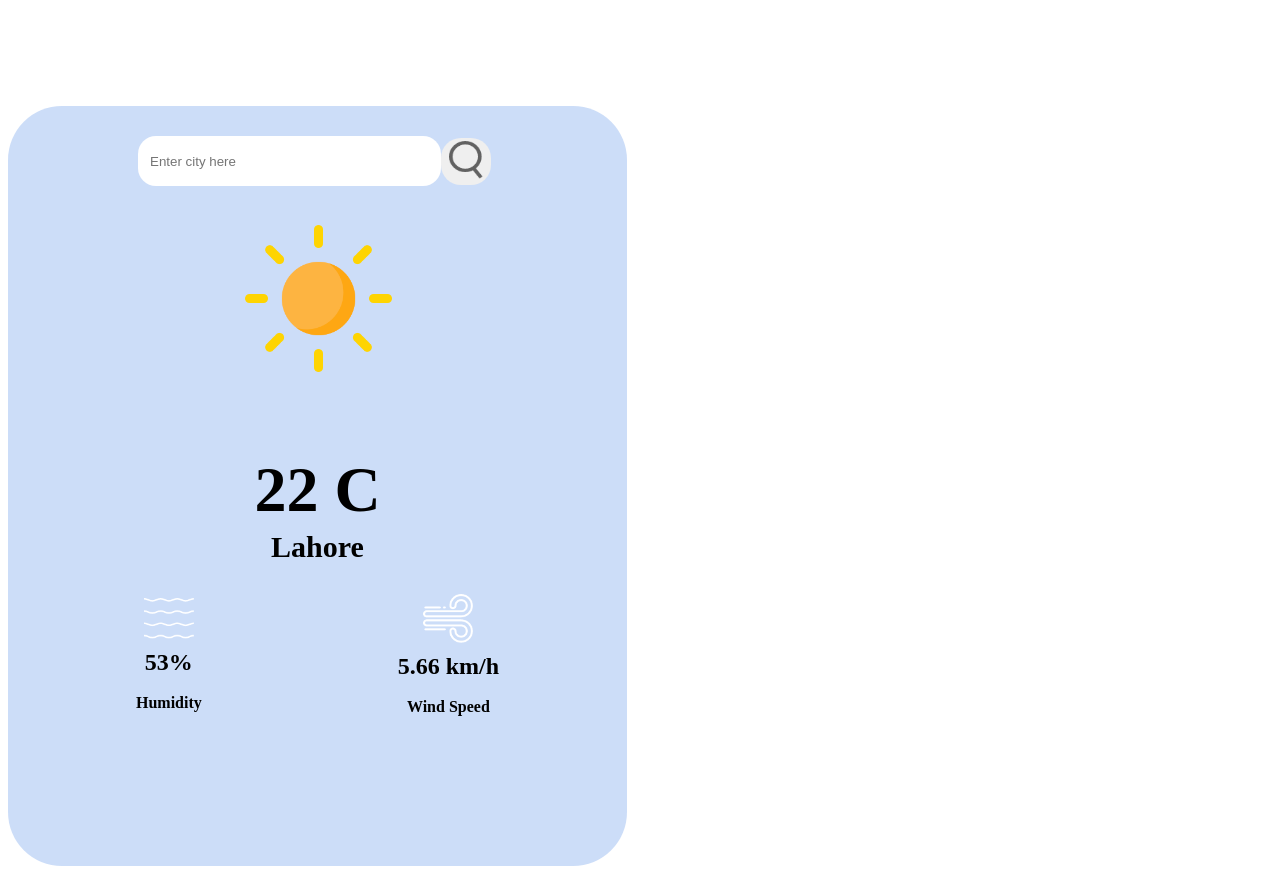
Repository: WajihaGul/Javascripts-Projects
Page: WEATHER APP/index.html
An editor plug-in stored every save of this project. The page is shown before and after the next save, followed by the edit.
The browser window is 1280 px wide. The pictures show the whole page.

Above is the page before, as saved 2024-06-07 16:39:02.
Not found: WEATHER APP/script.js

### WEATHER APP/index.html
<!DOCTYPE html>
<html>
    <head>
        <meta charset="utf-8">
        <meta http-equiv="X-UA-Compatible" content="IE=edge">
        <title></title>
        <meta name="description" content="">
        <meta name="viewport" content="width=device-width, initial-scale=1">
        <link rel="stylesheet" href="./style.css">
    </head>
    <body>
            <div class="MainDiv">
                <div class="SearchDiv" >
                <input type="search" class="SearchInput" placeholder="Enter city here">
                <button class="SearchLogo"><img src="/images/search.png" class="btnimg" alt="SearchLogo"></button>
            </div>

            <div class="SecDiv">
                <div class="weather">
                <img src="./images/clear.png" alt="weather here" class="weatherImg">
                </div>
                <div class="temp">
                    <h1>22 C</h1>
                </div>
                <div class="cityName">
                    <h1>Lahore</h1>
                </div>
                <div class="humidityAndWindSpeed">
                <div class="humidity">
                    <img src="./images/humidity.png" alt="">
                    <h1>53%</h1>
                    <br>
                    <h2>Humidity</h2>
                </div>
                <div class="windSpeed">
                    <img src="./images/wind.png" alt="">
                    <h1>5.66 km/h</h1>
                    <br>
                    <h2>Wind Speed</h2>
                </div>
                </div>
            </div>
        </div>
        <script src="./script.js" async defer></script>
    </body>
</html>

### WEATHER APP/style.css
.MainDiv{
    background-color: rgb(154 187 241 / 50%);
    width: 559px;
    margin-top: 106px;
    border-radius: 54px;
    height: 700px;
    padding: 30px
}
 .SearchInput{
    width: 303px;
    height: 50px;
    border-radius: 18px;
    padding: 10px;
    border-color: transparent;
}
.SearchDiv{
    display: flex;
    flex-direction: row;
    align-items: center;
    margin: 0 auto;
    margin-left: 100px;
    margin-right: 100px;
}
.btnimg{
    height: 38px;
    width: 34px;
}
.SearchLogo{
    border-color: transparent;
    border-radius: 20px;
    cursor: pointer;
}
.temp h1{
    display: flex;
    align-items: center;
    justify-content: center;
    font-size: 64px;

}
.weatherImg{
    display: flex;
    margin: 0 auto;

}
.cityName h1{
    display: flex;
    align-items: center;
    justify-content: center;
    font-size: 30px;
    margin-top: -50px;
    padding: 10px;
}
.humidityAndWindSpeed {
    display: flex;
    justify-content: space-around;
    align-items: center;
    margin-top: 20px;
}

.humidity,
.windSpeed {
    display: flex;
    flex-direction: column;
    align-items: center;
    text-align: center; /* Center text */
}

.humidity img,
.windSpeed img {
    margin-bottom: 10px; /* Adjust as needed */
    width: 50px; /* Adjust as needed */
    height: auto; /* Maintain aspect ratio */
}

.humidity h1,
.windSpeed h1 {
    font-size: 24px;
    margin: 0;
}

.humidity h2,
.windSpeed h2 {
    font-size: 16px;
    margin: 0;
}

After the next save:
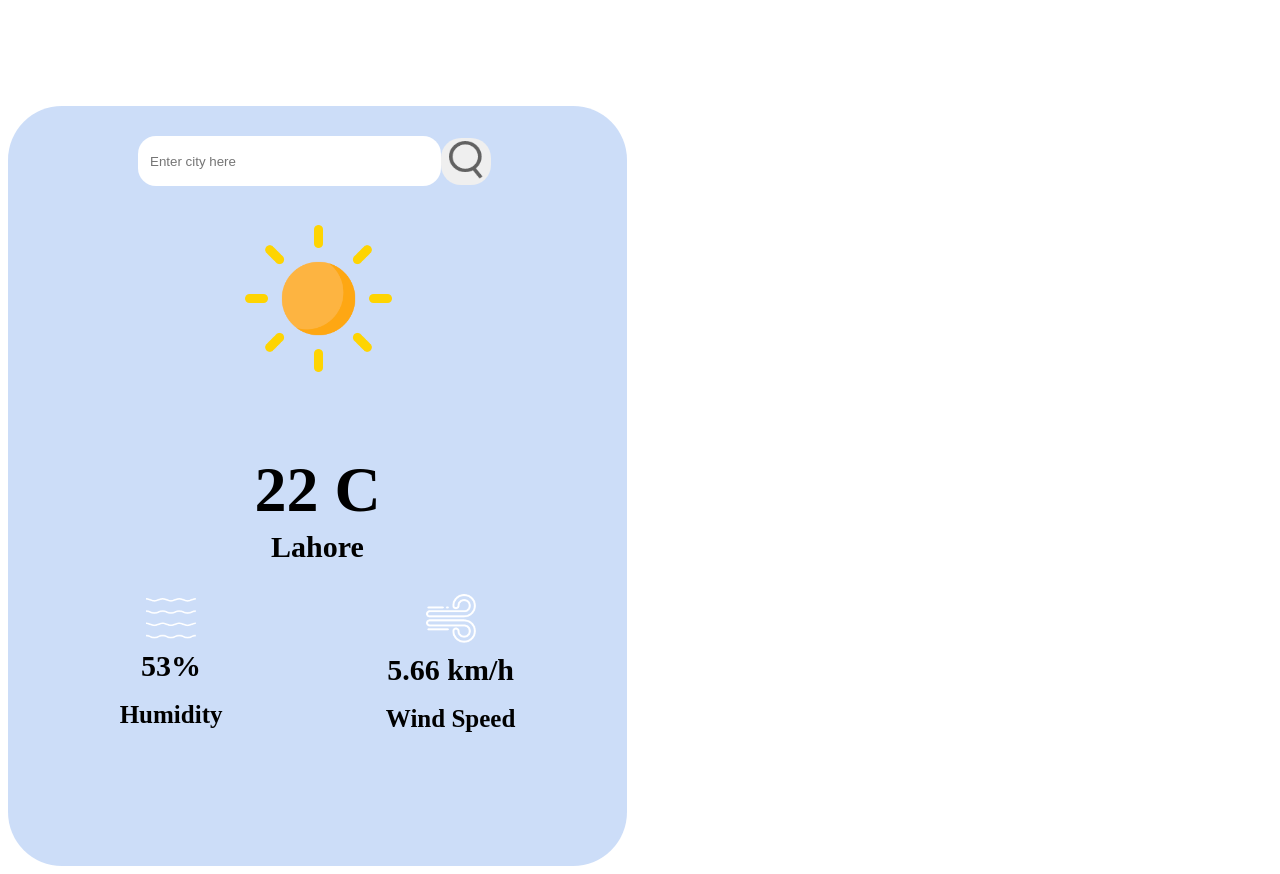
Saved 70 s later.
--- a/WEATHER APP/style.css
+++ b/WEATHER APP/style.css
@@ -74,12 +74,12 @@
 
 .humidity h1,
 .windSpeed h1 {
-    font-size: 24px;
-    margin: 0;
+    font-size: 30px;
+    margin: 0 auto;
 }
 
 .humidity h2,
 .windSpeed h2 {
-    font-size: 16px;
-    margin: 0;
+    font-size: 25px;
+    margin: 0 auto;
 }
